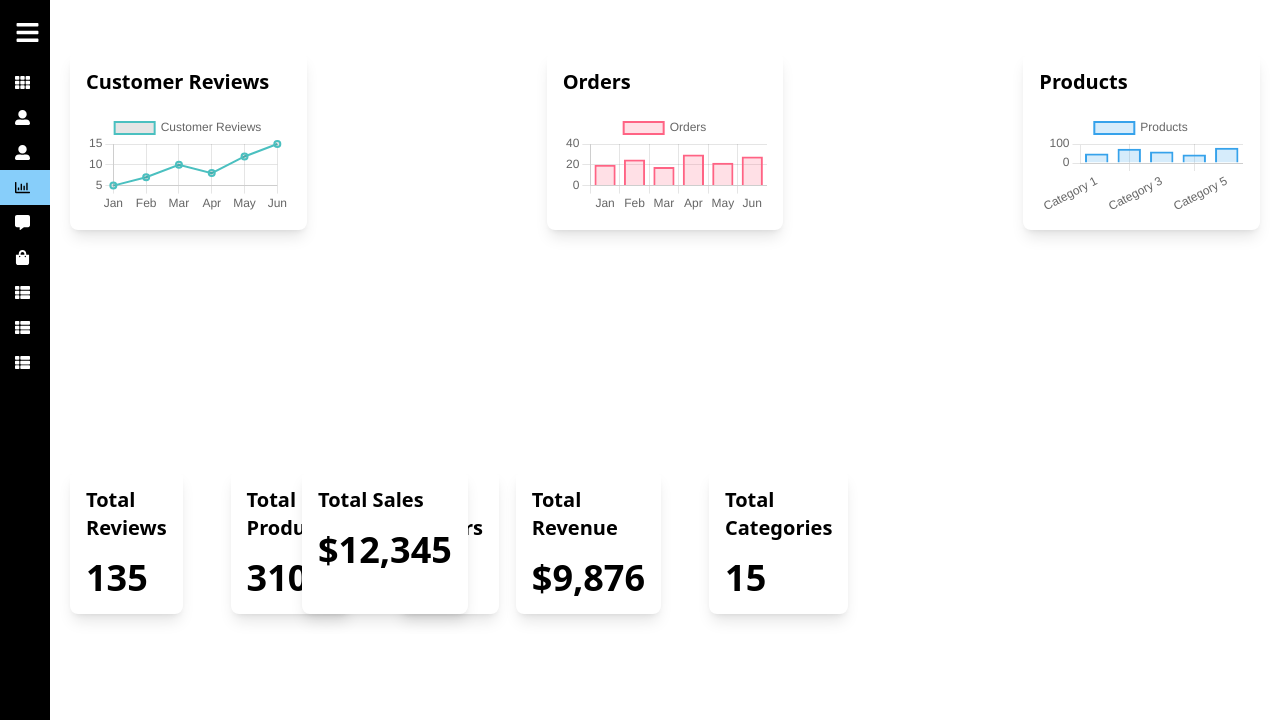
Repository: AndargWorku12/admin-dashboard
Page: /analytics
An editor plug-in stored every save of this project. The page is shown before and after the next save, followed by the edit.
The browser window is 1280 px wide. The pictures show the whole page.
The project was rebuilt for these pictures with package versions that can differ from the ones it lists, and the page was loaded fresh each time. Also part of the build but not shown: src/pages/Dashboard.tsx, src/pages/Orders.tsx, src/pages/Category.tsx, src/pages/Login.tsx, src/pages/CustemerReview.tsx, src/pages/ProductList.tsx, src/pages/ShopCard.tsx, src/pages/SignUpForm.tsx and 1 more.

Above is the page before, as saved 2024-01-29 05:31:26.

### src/index.tsx
import { ColorModeScript } from "@chakra-ui/react"
import * as React from "react"
import * as ReactDOM from "react-dom/client"
import App from "./App"
import './index.css'

const container = document.getElementById("root")
if (!container) throw new Error('Failed to find the root element');
const root = ReactDOM.createRoot(container)

root.render(

  <React.StrictMode>
    <ColorModeScript />
    <App />
  </React.StrictMode>,

)

### src/App.tsx

import React, {useState} from 'react';
import { BrowserRouter, Route, Routes } from 'react-router-dom';
import Sidebar from './components/Sidebar';
import Dashboard from './pages/Dashboard';
// import SignUpForm from './pages/LoginPopup'
import Orders from './pages/Orders';
import Category from './pages/Category';
import Login from './pages/Login'
import Analytics from './pages/Analytics';
import CustemerReview from './pages/CustemerReview';
import ProductList from './pages/ProductList';
import ShopCard from './pages/ShopCard';
import './App.css'
import SignUpForm from './pages/SignUpForm';
import ForgotPassword from './pages/ForgetPassword';



type SaleData = {
  date: string;
  amount: number;
};

type RevenueData = {
  month: string;
  revenue: number;
};

type Product = {
    id: string;
    photo: string;
    name: string;
    price: number;
    category: string;
};

type Order = {
    id: string;
    productName: string;
    quantity: number;
    totalPrice: number;

};

type CategoryType = {
  id: string;
  photo:string;
  name: string;
};



// Sample props for components
type DashboardProps = {
  saleData: SaleData[];
  revenueData: RevenueData[];
  // ... other props
};

type AnalyticsProps = {
  salesData: SaleData[];
  // ... other props
};

type ProductProps = {
  products: Product[];
  onUpdate: (productId: string, updatedProduct: Product) => void;

};




type OrderProps = {
  orders: Order[];
  // ... other props
};

type CategoryProps = {
  categories: CategoryType[];
  // ... other props
};







const App: React.FC = () => {


// for the product page to handle
  const [products, setProducts] = useState<Product[]>([


    {
      id: '1',
      photo: 'https://img.ltwebstatic.com/images3_pi/2022/01/10/16417919016a32607182dd11dedeb77e8324b683e8_thumbnail_900x.webp',
      name: 'Product 1',
      price: 29.99,
      category: 'Electronics',
    },
    {
      id: '2',
      photo: 'https://img.ltwebstatic.com/images3_pi/2022/01/10/16417919016a32607182dd11dedeb77e8324b683e8_thumbnail_900x.webp',
      name: 'Product 2',
      price: 49.99,
      category: 'Clothing',
    },
    {
      id: '3',
      photo: 'https://img.ltwebstatic.com/images3_pi/2022/01/10/16417919016a32607182dd11dedeb77e8324b683e8_thumbnail_900x.webp',
      name: 'Product 3',
      price: 9.99,
      category: 'Books',
    },
    {
      id: '4',
      photo: 'https://img.ltwebstatic.com/images3_pi/2022/01/10/16417919016a32607182dd11dedeb77e8324b683e8_thumbnail_900x.webp',
      name: 'Product 4',
      price: 79.99,
      category: 'Home and Kitchen',
    },
    {
      id: '5',
      photo: 'https://img.ltwebstatic.com/images3_pi/2022/01/10/16417919016a32607182dd11dedeb77e8324b683e8_thumbnail_900x.webp',
      name: 'Product 5',
      price: 39.99,
      category: 'Toys',
    },



  ]);

  // Function to handle creating a new product
  const handleCreate = (newProduct: Product) => {
    setProducts((prevProducts) => [...prevProducts, newProduct]);
  };

  // Function to handle updating a product

  const handleUpdate = (productId: string, newName: string, newPrice: number) => {
    setProducts((prevProducts) =>
      prevProducts.map((product) =>
        product.id === productId
          ? { ...product, name: newName, price: newPrice }
          : product
      )
    );
  };



  // Function to handle deleting a product
  const handleDelete = (productId: string) => {
    setProducts((prevProducts) => prevProducts.filter((product) => product.id !== productId));
  };

//  for AnalyticsPage
// for category page


const [categories, setCategories] = useState<CategoryType[]>([
  {
    id: '1',
    photo: 'https://plus.unsplash.com/premium_photo-1661662850226-83c981ed4eba?w=500&auto=format&fit=crop&q=60&ixlib=rb-4.0.3&ixid=M3wxMjA3fDB8MHxzZWFyY2h8MXx8bGFwdG9wJTIwY29tcHV0ZXJ8ZW58MHx8MHx8fDA%3D',
    name: 'Category 1',
  },
  {
    id: '2',
    photo: 'https://plus.unsplash.com/premium_photo-1661662850226-83c981ed4eba?w=500&auto=format&fit=crop&q=60&ixlib=rb-4.0.3&ixid=M3wxMjA3fDB8MHxzZWFyY2h8MXx8bGFwdG9wJTIwY29tcHV0ZXJ8ZW58MHx8MHx8fDA%3D',
    name: 'Category 2',
  },
  {
    id: '3',
    photo: 'https://plus.unsplash.com/premium_photo-1661662850226-83c981ed4eba?w=500&auto=format&fit=crop&q=60&ixlib=rb-4.0.3&ixid=M3wxMjA3fDB8MHxzZWFyY2h8MXx8bGFwdG9wJTIwY29tcHV0ZXJ8ZW58MHx8MHx8fDA%3D',
    name: 'Category 3',
  },
  {
    id: '4',
    photo: 'https://plus.unsplash.com/premium_photo-1661662850226-83c981ed4eba?w=500&auto=format&fit=crop&q=60&ixlib=rb-4.0.3&ixid=M3wxMjA3fDB8MHxzZWFyY2h8MXx8bGFwdG9wJTIwY29tcHV0ZXJ8ZW58MHx8MHx8fDA%3D',
    name: 'Category 4',
  },

]);

// Function to handle creating a new category
// const handleCreateCategory = (newCategory: CategoryType) => {
//   setCategories((prevCategories) => [...prevCategories, newCategory]);
// };
const handleCreateCategory = (newCategory: CategoryType) => {
  // Add the new category to the list of categories
  setCategories((prevCategories) => [...prevCategories, newCategory]);
};

const handleUpdateCategory = (categoryId: string, newName: string) => {
  setCategories((prevCategories) =>
    prevCategories.map((category) =>
      category.id === categoryId ? { ...category, name: newName } : category
    )
  );
};

// Function to handle deleting a category
const handleDeleteCategory = (categoryId: string) => {
  setCategories((prevCategories) => prevCategories.filter((category) => category.id !== categoryId));
};

  const saleData: SaleData[] = [
    { date: '2022-01-01', amount: 100 },
    { date: '2022-01-02', amount: 150 },
    { date: '2022-01-03', amount: 200 },
    { date: '2022-01-04', amount: 120 },
    { date: '2022-01-05', amount: 180 },
    { date: '2022-01-06', amount: 90 },
    { date: '2022-01-07', amount: 110 },
    { date: '2022-01-08', amount: 130 },
    { date: '2022-01-09', amount: 170 },
    { date: '2022-01-10', amount: 160 },
  ];

  const revenueData: RevenueData[] = [
    { month: 'January', revenue: 500 },
    { month: 'February', revenue: 700 },
    { month: 'March', revenue: 600 },
    { month: 'April', revenue: 800 },
    { month: 'May', revenue: 900 },
    { month: 'June', revenue: 750 },
    { month: 'July', revenue: 850 },
    { month: 'August', revenue: 950 },
    { month: 'September', revenue: 700 },
    { month: 'October', revenue: 850 },
  ];


   const [orders, setOrders] = useState<Order[]>([
    {
      id: '1',
      productName: 'Laptop',
      quantity: 2,
      totalPrice: 2000,
    },
    {
      id: '2',
      productName: 'Smartphone',
      quantity: 3,
      totalPrice: 1200,
    },
    {
      id: '3',
      productName: 'Headphones',
      quantity: 1,
      totalPrice: 100,
    },
    {
      id: '4',
      productName: 'Camera',
      quantity: 1,
      totalPrice: 800,
    },

   ]);

  // Function to create a new order
  const handleCreateOrder = (newOrder: Order) => {
    setOrders((prevOrders) => [...prevOrders, newOrder]);
  };

  // Function to delete an order
  const handleDeleteOrder = (orderId: string) => {
    const updatedOrders = orders.filter(order => order.id !== orderId);
    setOrders(updatedOrders);
  };

  // Function to update an order
  const handleUpdateOrder = (orderId: string, updatedOrder: Order) => {
    // Placeholder implementation: Updating the order in the list
    setOrders((prevOrders) =>
      prevOrders.map((order) =>
        order.id === orderId ? { ...order, ...updatedOrder } : order
      )
    );
  };

  return (
    <BrowserRouter>
    <Sidebar>
      <Routes>
        <Route path="/" element={<Dashboard saleData={saleData} revenueData={revenueData} />} />
        <Route path="/dashboard" element={<Dashboard saleData={saleData} revenueData={revenueData} />} />
       <Route path="/login" element={<Login/>}/>
       <Route path='/forget-password' element={<ForgotPassword/>}/>
        <Route path="/signup" element={<SignUpForm />} />
        <Route path="/review"element={<CustemerReview username="John" joinedDate="2022-01-01" reviewDate="2022-01-15" reviewText="Lorem ipsum" />}
/>

        <Route path="/analytics" element={<Analytics  />} />
        <Route
  path="/product"
  element={<ProductList products={products} onCreate={handleCreate} onDelete={handleDelete} onUpdate={handleUpdate} />}
/>
        <Route path="/shop" element={<ShopCard />} />
        <Route
        path="/orders"
        element={
          <Orders
  orders={orders}
  onCreateOrder={handleCreateOrder}
  onDeleteOrder={handleDeleteOrder}
  onUpdateOrder={handleUpdateOrder}
/>
        }
      />

        <Route
            path="/category"
            element={<Category
              categories={categories}
              onCreate={handleCreateCategory}
              onDelete={handleDeleteCategory}
              onUpdate={handleUpdateCategory}
            />}
          />

      </Routes>
    </Sidebar>
  </BrowserRouter>
  );
};

export default App;

### src/components/Sidebar.tsx
import React, { useState } from 'react';
import ReactNode from "react";
import {
    FaTh,
    FaBars,
    FaUserAlt,
    FaRegChartBar,
    FaCommentAlt,
    FaShoppingBag,
    FaThList
} from 'react-icons/fa';
import { NavLink, NavLinkProps } from 'react-router-dom';



interface MenuItem {
    path: string;
    name: string;
    icon: JSX.Element;
}

interface SidebarProps {
  children: React.ReactNode;
}
    const Sidebar: React.FC<React.PropsWithChildren<{}>> = ({ children }) => {
    const [isOpen, setIsOpen] = useState(false);

    const toggle = () => setIsOpen(!isOpen);

    const menuItems: MenuItem[] = [
        {
            path: '/',
            name: 'Dashboard',
            icon: <FaTh />,
        },
        {
            path: '/login',
            name: 'Login',
            icon: <FaUserAlt />,
        },
        {
          path: '/signup',
          name: 'Register form',
          icon: <FaUserAlt />,
      },
        {
            path: '/analytics',
            name: 'Analytics',
            icon: <FaRegChartBar />,
        },
        {
            path: '/review',
            name: 'CustemerReview',
            icon: <FaCommentAlt />,
        },
        {
            path: '/product',
            name: 'Product',
            icon: <FaShoppingBag />,
        },
        {
            path: '/category',
            name: 'Category List',
            icon: <FaThList />,
        },
        {
          path: '/orders',
          name: 'Orders',
          icon: <FaThList />,
      },
      {
        path: '/shop',
        name: 'Sample product',
        icon: <FaThList />,
    },
    ];

    return (
        <div className="container">
            <div style={{ width: isOpen ? '200px' : '50px' }} className="sidebar">
                <div className="top_section">
                    <h1 style={{ display: isOpen ? 'block' : 'none' }} className="logo">
                        Logo
                    </h1>
                    <div style={{ marginLeft: isOpen ? '50px' : '0px' }} className="bars">
                        <FaBars onClick={toggle} />
                    </div>
                </div>
                {menuItems.map((item, index) => (
                    <NavLink to={item.path} key={index} className="link"
                    //  activeClassName="active"
                     >
                        <div className="icon">{item.icon}</div>
                        <div style={{ display: isOpen ? 'block' : 'none' }} className="link_text text-sm">
                            {item.name}
                        </div>
                    </NavLink>
                ))}
            </div>
            <main>{children}</main>
        </div>
    );
};

export default Sidebar;

### src/pages/Analytics.tsx
// Install dependencies:
// npm install react-chartjs-2 chart.js

import React from 'react';
import { Bar, Line } from 'react-chartjs-2';

const AnalyticsPage: React.FC = () => {
  // Sample data
  const customerReviewData = {
    labels: ['Jan', 'Feb', 'Mar', 'Apr', 'May', 'Jun'],
    datasets: [
      {
        label: 'Customer Reviews',
        data: [5, 7, 10, 8, 12, 15],
        borderColor: 'rgba(75, 192, 192, 1)',
        borderWidth: 2,
        fill: false,
      },
    ],
  };

  const ordersData = {
    labels: ['Jan', 'Feb', 'Mar', 'Apr', 'May', 'Jun'],
    datasets: [
      {
        label: 'Orders',
        data: [20, 25, 18, 30, 22, 28],
        backgroundColor: 'rgba(255, 99, 132, 0.2)',
        borderColor: 'rgba(255, 99, 132, 1)',
        borderWidth: 2,
      },
    ],
  };

  const productsData = {
    labels: ['Category 1', 'Category 2', 'Category 3', 'Category 4', 'Category 5'],
    datasets: [
      {
        label: 'Products',
        data: [50, 75, 60, 45, 80],
        backgroundColor: 'rgba(54, 162, 235, 0.2)',
        borderColor: 'rgba(54, 162, 235, 1)',
        borderWidth: 2,
      },
    ],
  };

  return (
    <div className="container mx-auto my-8 ">
      <div className="grid grid-cols-1 md:grid-cols-2 lg:grid-cols-3 gap-60">
        {/* Customer Reviews Chart */}
        <div className="bg-white p-4 rounded-lg shadow-lg">
          <h2 className="text-xl font-bold mb-4">Customer Reviews</h2>
          <Line data={customerReviewData} />
        </div>

        {/* Orders Chart */}
        <div className="bg-white p-4 rounded-lg shadow-lg">
          <h2 className="text-xl font-bold mb-4">Orders</h2>
          <Bar data={ordersData} />
        </div>

        {/* Products Chart */}
        <div className="bg-white p-4 rounded-lg shadow-lg">
          <h2 className="text-xl font-bold mb-4">Products</h2>
          <Bar data={productsData} />
        </div>

        {/* Total Metrics Cards */}
        <div className='col-span-3 md:col-span-2 lg:col-span-1 flex justify-between gap-10'>


        <div className="col-span-3 md:col-span-2 lg:col-span-1 flex justify-between gap-8 w-48">
          <div className="bg-white p-4 rounded-lg shadow-lg flex-1 mr-4">
            <h2 className="text-xl font-bold mb-4">Total Reviews</h2>
            <p className="text-4xl font-bold">135</p>
          </div>

          <div className="bg-white p-4 rounded-lg shadow-lg flex-1 mr-4">
            <h2 className="text-xl font-bold mb-4">Total Products</h2>
            <p className="text-4xl font-bold">310</p>
          </div>

          <div className="bg-white p-4 rounded-lg shadow-lg flex-1">
            <h2 className="text-xl font-bold mb-4">Total Orders</h2>
            <p className="text-4xl font-bold">98</p>
          </div>
        </div>

        <div className="col-span-3 md:col-span-2 lg:col-span-1 flex justify-between gap-8 w-48">
          <div className="bg-white p-4 rounded-lg shadow-lg flex-1 mr-4">
            <h2 className="text-xl font-bold mb-4">Total Sales</h2>
            <p className="text-4xl font-bold">$12,345</p>
          </div>
<div className='gap-8 col-span-3 md:col-span-2 lg:col-span-1 flex justify-between w-48'>
          <div className="bg-white p-4 rounded-lg shadow-lg flex-1 mr-4">
            <h2 className="text-xl font-bold mb-4">Total Revenue</h2>
            <p className="text-4xl font-bold">$9,876</p>
          </div>

          <div className="bg-white p-4 rounded-lg shadow-lg flex-1">
            <h2 className="text-xl font-bold mb-4">Total Categories</h2>
            <p className="text-4xl font-bold">15</p>
          </div>
          </div>
        </div>
        </div>
      </div>
    </div>
  );
};

export default AnalyticsPage;

### src/App.css
* {
    margin: 0;
    padding: 0;
    text-decoration: none;
}

.container {
    display: flex;
}

main {
    width: 100%;
    padding: 20px;
}

.sidebar {
    background: #000;
    color: #fff;
    height: 100vh;
    width: 200px;
    transition: all 0.5s;
}

.top_section {
    display: flex;
    align-items: center;
    padding: 20px 15px;
}

.logo {
    font-size: 30px;
}

.bars {
    display: flex;
    font-size: 25px;
    margin-left: 50px;
}

.link {
    display: flex;
    color: #fff;
    padding: 10px 15px;
    gap: 15px;
    transition: all 0.5s;
}

.link:hover {
    background: lightskyblue;
    color: #000;
    transition: all 0.5s;
}

.active {
    background: lightskyblue;
    color: #000;
}

.icon,
.link_text {
    font-size: 15px;
}

Loaded but not shown: public/index.html (common file); src/index.css (common file); tailwind.config.js (common file)

After the next save:
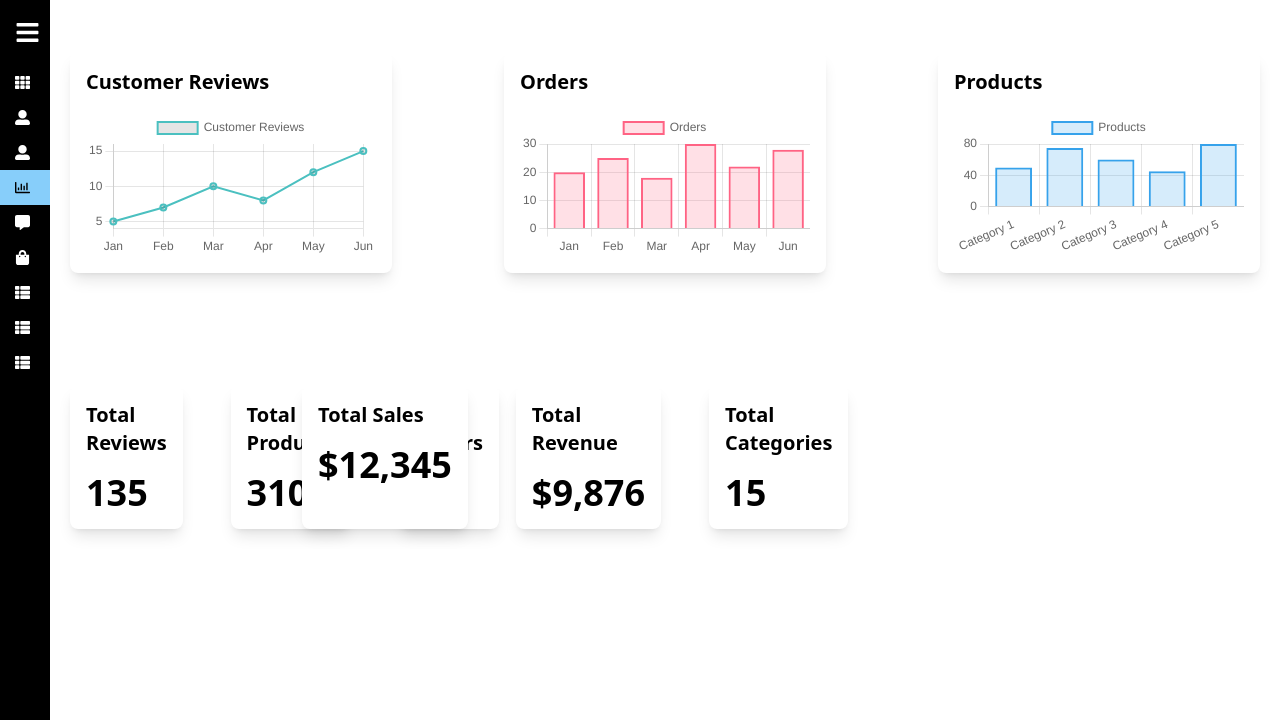
Saved 75 s later.
--- a/src/pages/Analytics.tsx
+++ b/src/pages/Analytics.tsx
@@ -47,7 +47,7 @@ const AnalyticsPage: React.FC = () => {
 
   return (
     <div className="container mx-auto my-8 ">
-      <div className="grid grid-cols-1 md:grid-cols-2 lg:grid-cols-3 gap-60">
+      <div className="grid grid-cols-1 md:grid-cols-2 lg:grid-cols-3 gap-28">
         {/* Customer Reviews Chart */}
         <div className="bg-white p-4 rounded-lg shadow-lg">
           <h2 className="text-xl font-bold mb-4">Customer Reviews</h2>
